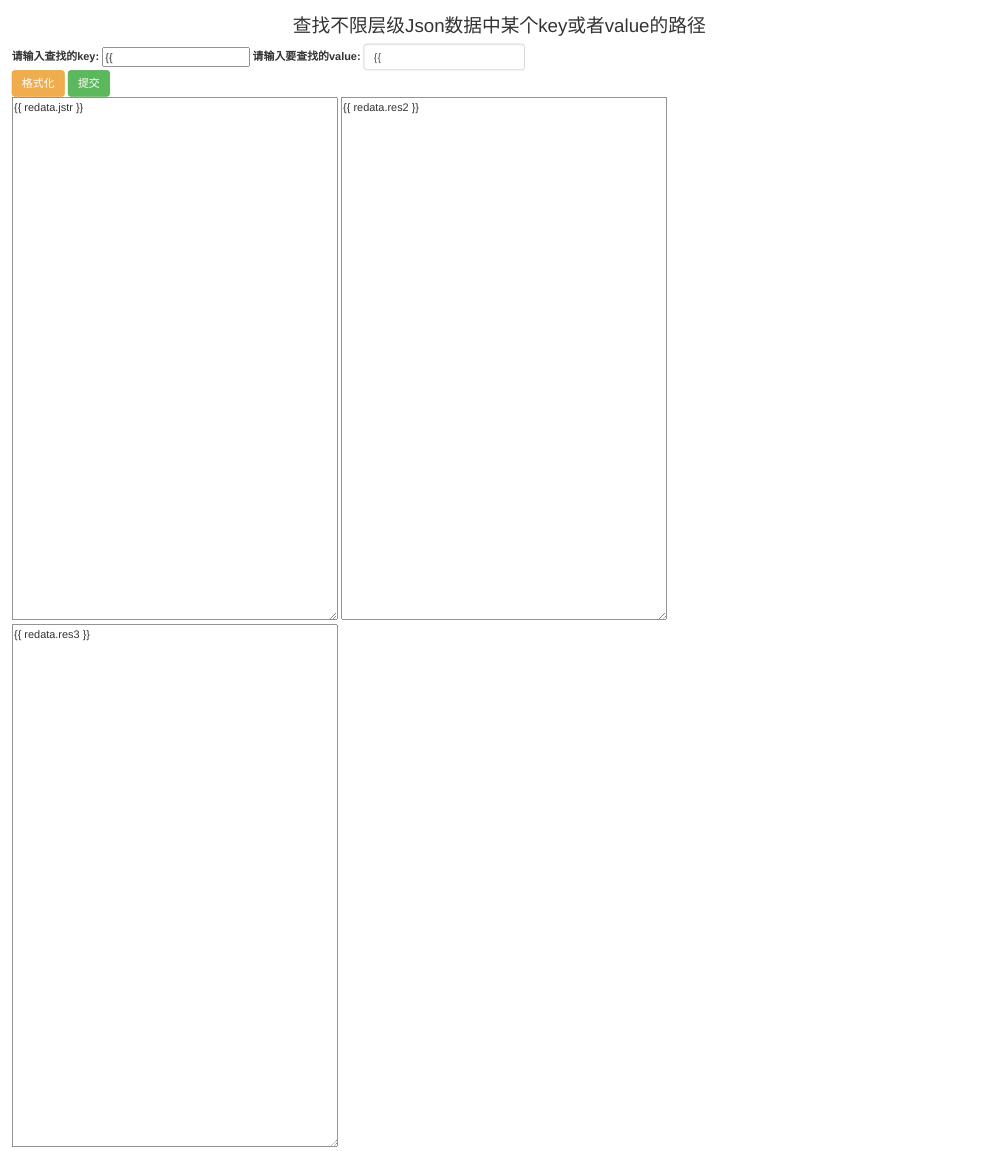
Repository: wangyanqing666/study
Page: other.html
An editor plug-in stored every save of this project. The page is shown before and after the next save, followed by the edit.
The browser window is 1280 px wide. The pictures show the whole page, at 78% of full size.
Some web libraries are served in a nearby version.

Above is the page before, as saved 2020-12-03 11:17:56.

After the next save:
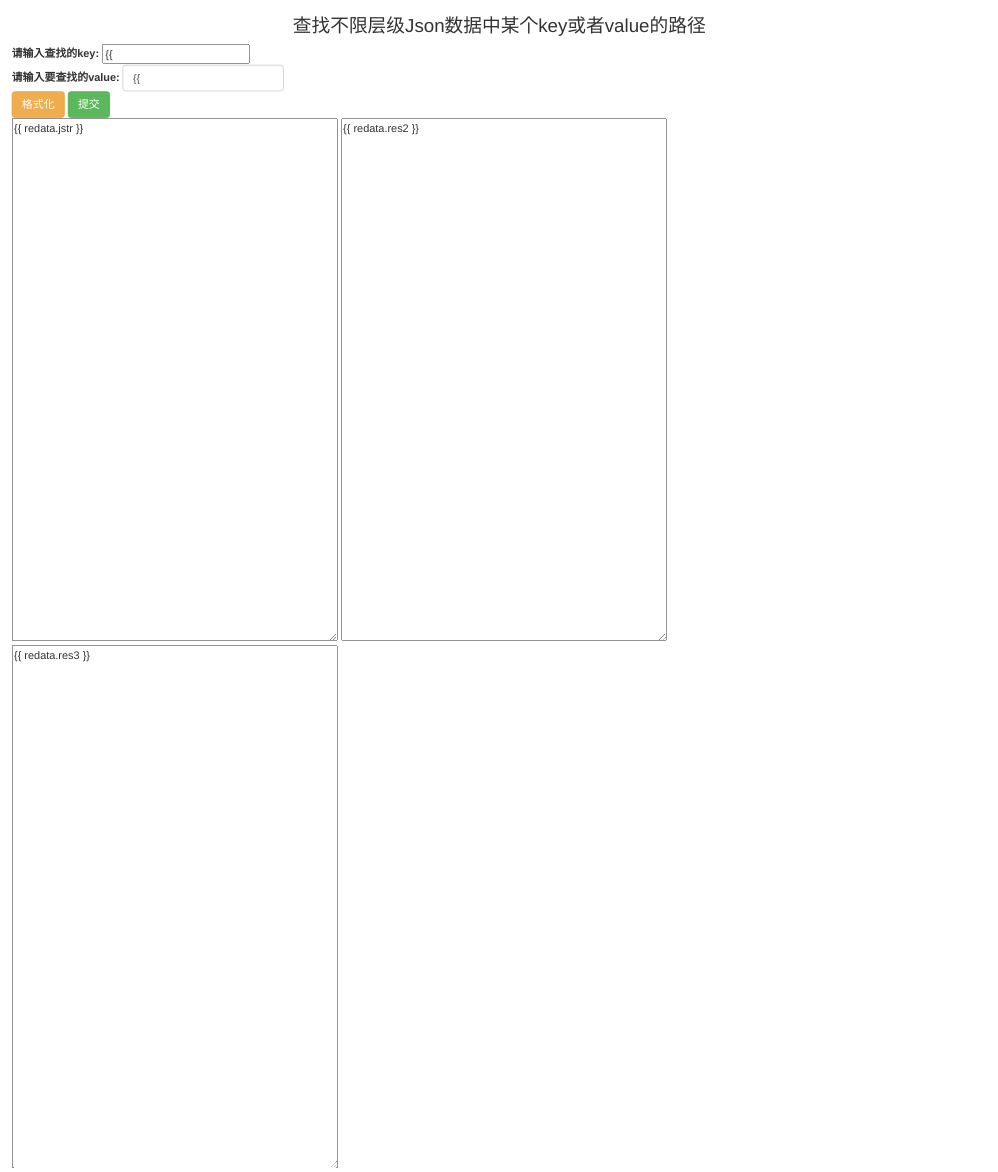
Saved 10 s later.
--- a/other.html
+++ b/other.html
@@ -26,7 +26,7 @@
                 <input class="form-group" type="text" id="key" name="key" value={{ redata.key }}>
             </div>
 
-            <div class="form-group">
+            <div >
                 <label>请输入要查找的value: </label>
                 <input class="form-control" type="text" id="key1" name="key1" value={{ redata.value }}>
             </div>
